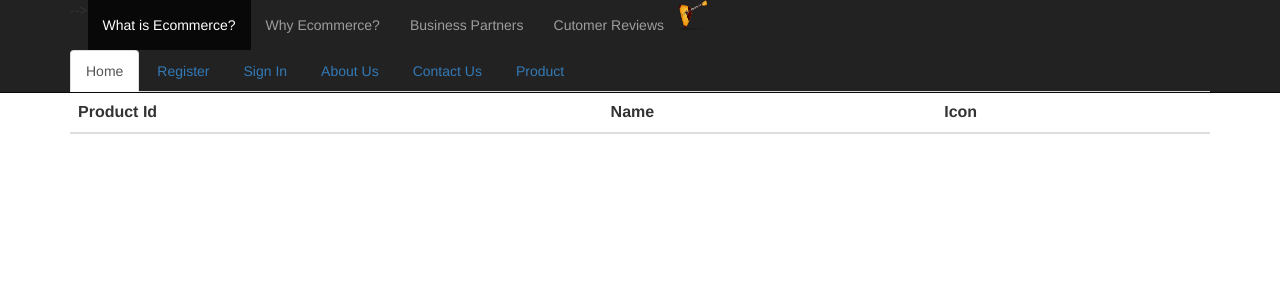
Repository: aradhana15/myFinalRepository
Page: http://localhost/music/WEB-INF/views/product.jsp
The author's editor kept a copy of each file at every save. The page is drawn from the files as they stood at one save, then again after the next save.
The browser window is 1280 px wide. The pictures show the whole page.
The page is served by Tomcat 9. Nobody is signed in. The template is opened directly, without the code that normally fills it, so the values that code supplies are empty.

Above is the page before, as saved 2016-04-23 10:13:11.
Console error (its wording comes from the project's code and is left out).

After the next save:
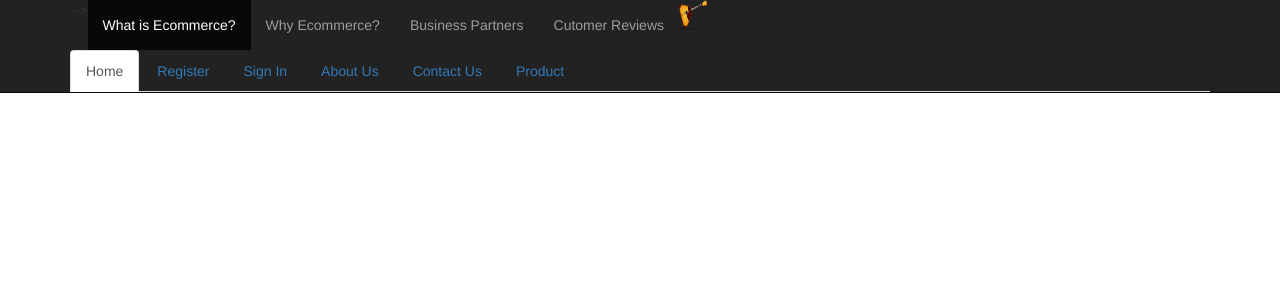
Saved 68 s later.
--- a/wwf/music/src/main/webapp/WEB-INF/views/product.jsp
+++ b/wwf/music/src/main/webapp/WEB-INF/views/product.jsp
@@ -1,8 +1,8 @@
 <%@include file="header.jsp"%>
 <body>
 <div class="container">
-  <h2>Product Details</h2>
-  <p>Here are the new products available in this site...</p>
+  <!-- <h2>Product Details</h2>
+  <p>Here are the new products available in this site...</p>      -->
   <table class="table table-hover">
     <thead>
       <tr>
